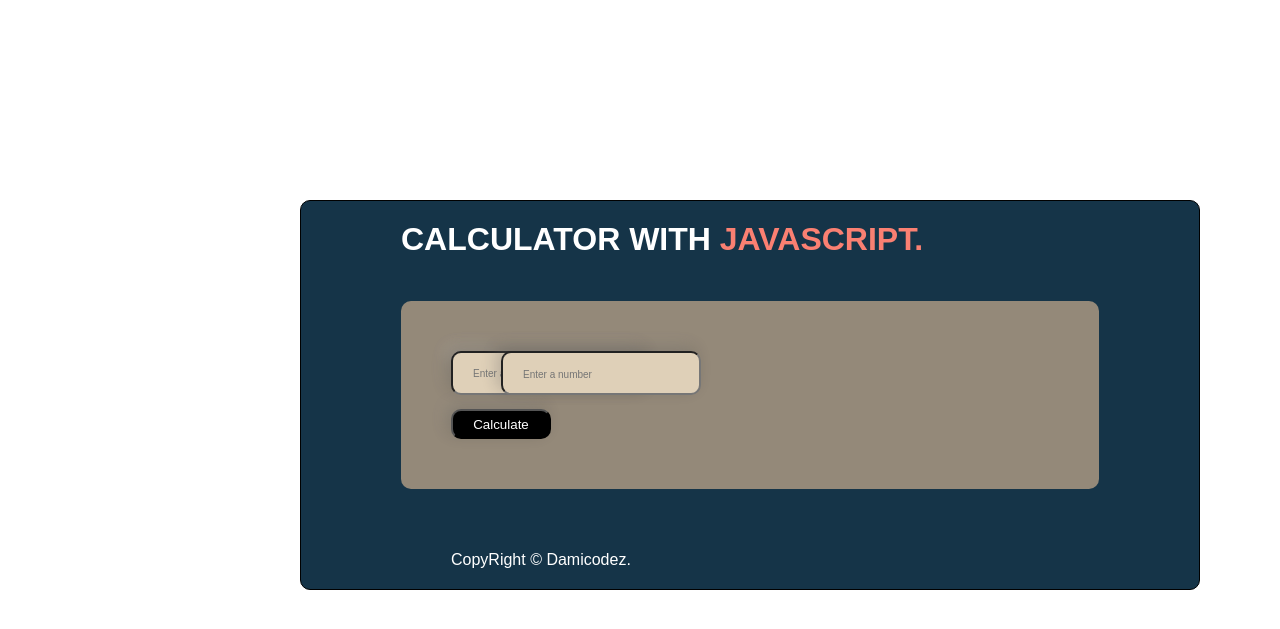
Repository: isaacCodes1/Calculator-with-js
Page: index2.html
An editor plug-in stored every save of this project. The page is shown before and after the next save, followed by the edit.
The browser window is 1280 px wide. The pictures show the whole page.
Some web fonts or font styles are not loaded; a fallback is used.

Above is the page before, as saved 2024-04-22 15:26:47.

After the next save:
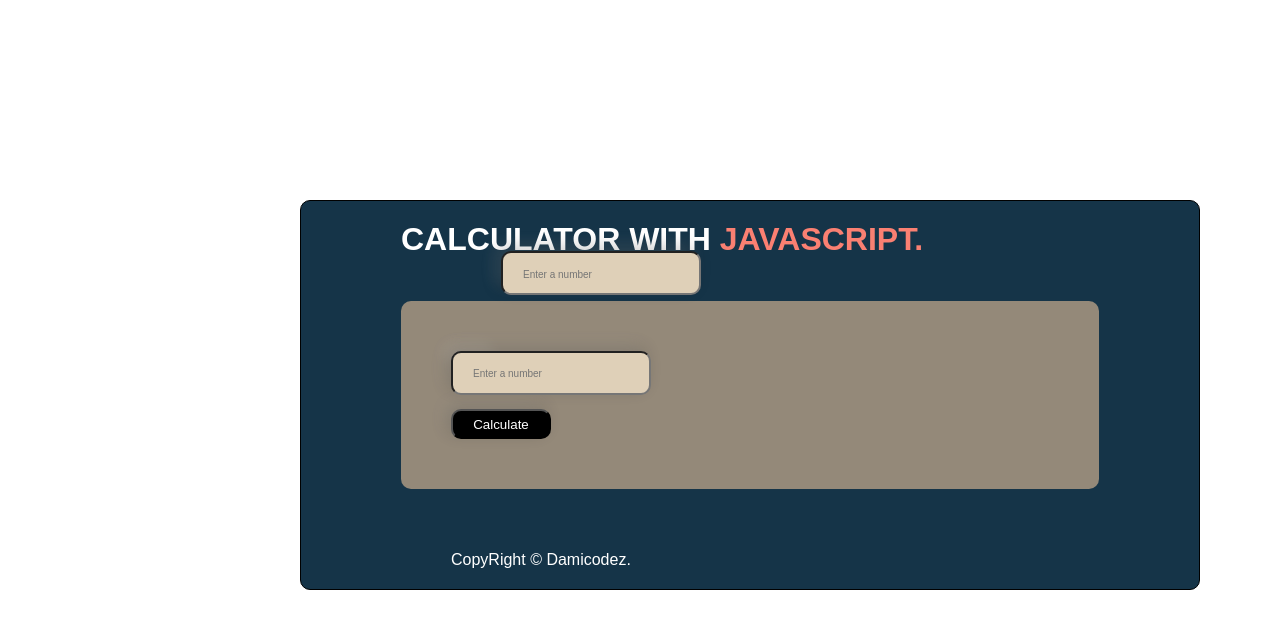
Saved 16 s later.
--- a/style.css
+++ b/style.css
@@ -71,6 +71,7 @@
   background: #dfd0b8;
   height: 40px;
   position: absolute;
+  top: 50px;
   border-radius: 10px;
   padding: 20px;
   outline: none;
